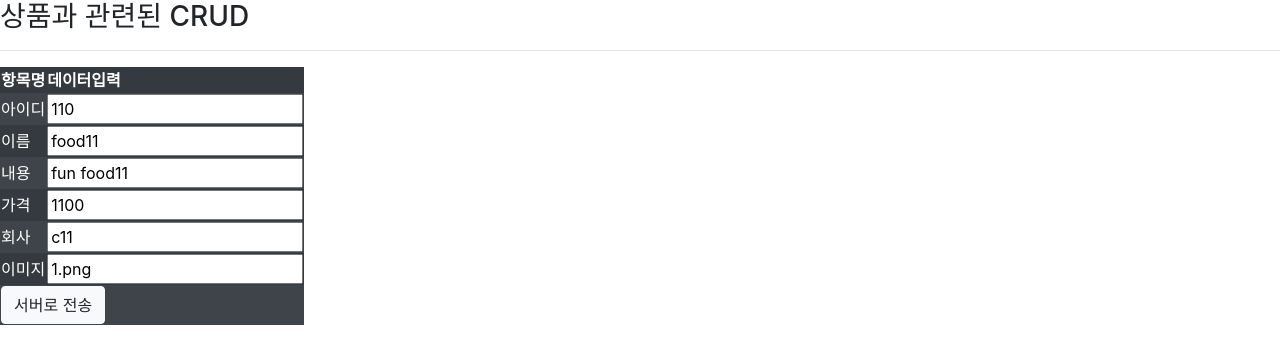
Repository: Hugh-KR/JSP_Project
Page: JSP_Project/src/main/webapp/product_delete.html
An editor plug-in stored every save of this project. The page is shown before and after the next save, followed by the edit.
The browser window is 1280 px wide. The pictures show the whole page.

Above is the page before, as saved 2022-11-08 01:45:02.

After the next save:
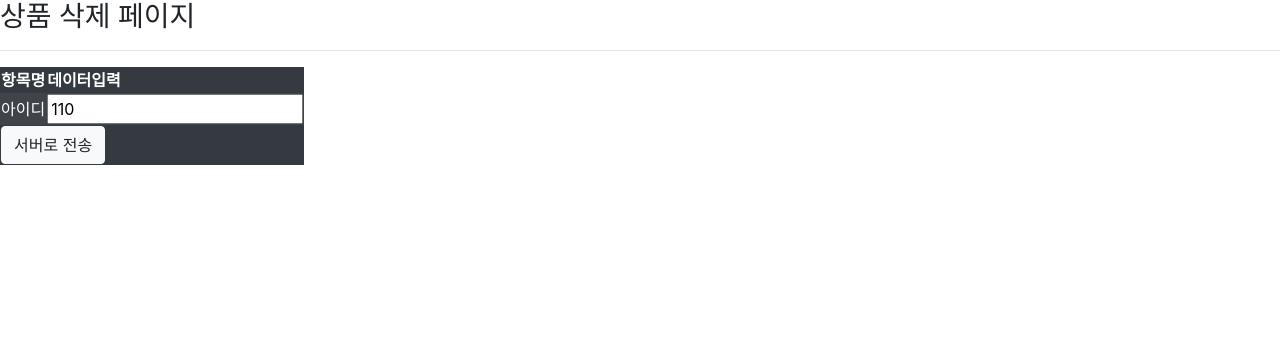
Saved 88 s later.
--- a/JSP_Project/src/main/webapp/product_delete.html
+++ b/JSP_Project/src/main/webapp/product_delete.html
@@ -8,7 +8,7 @@
 		href="https://cdn.jsdelivr.net/npm/bootstrap@4.6.1/dist/css/bootstrap.min.css">
 </head>
 <body>
-<h3>상품과 관련된 CRUD</h3>
+<h3>상품 삭제 페이지</h3>
 <hr>
 <form action="product_insert.jsp">
 <table class="table-dark table-striped">
@@ -26,36 +26,6 @@
 		</td>
       </tr>
       <tr>
-        <td>이름</td>
-        <td>
-        	<input name="name" value="food11">
-		</td>
-      </tr>
-      <tr>
-        <td>내용</td>
-        <td>
-        	<input name="content" value="fun food11">
-		</td>
-      </tr>
-      <tr>
-        <td>가격</td>
-        <td>
-        	<input name="price" value="1100">
-		</td>
-      </tr>
-      <tr>
-        <td>회사</td>
-        <td>
-        	<input name="company" value="c11">
-		</td>
-      </tr>
-      <tr>
-        <td>이미지</td>
-        <td>
-        	<input name="img" value="1.png">
-		</td>
-      </tr>
-      <tr>
         <td colspan="2">
         	<button type="submit" class = "btn btn-light">서버로 전송</button>
         </td>
